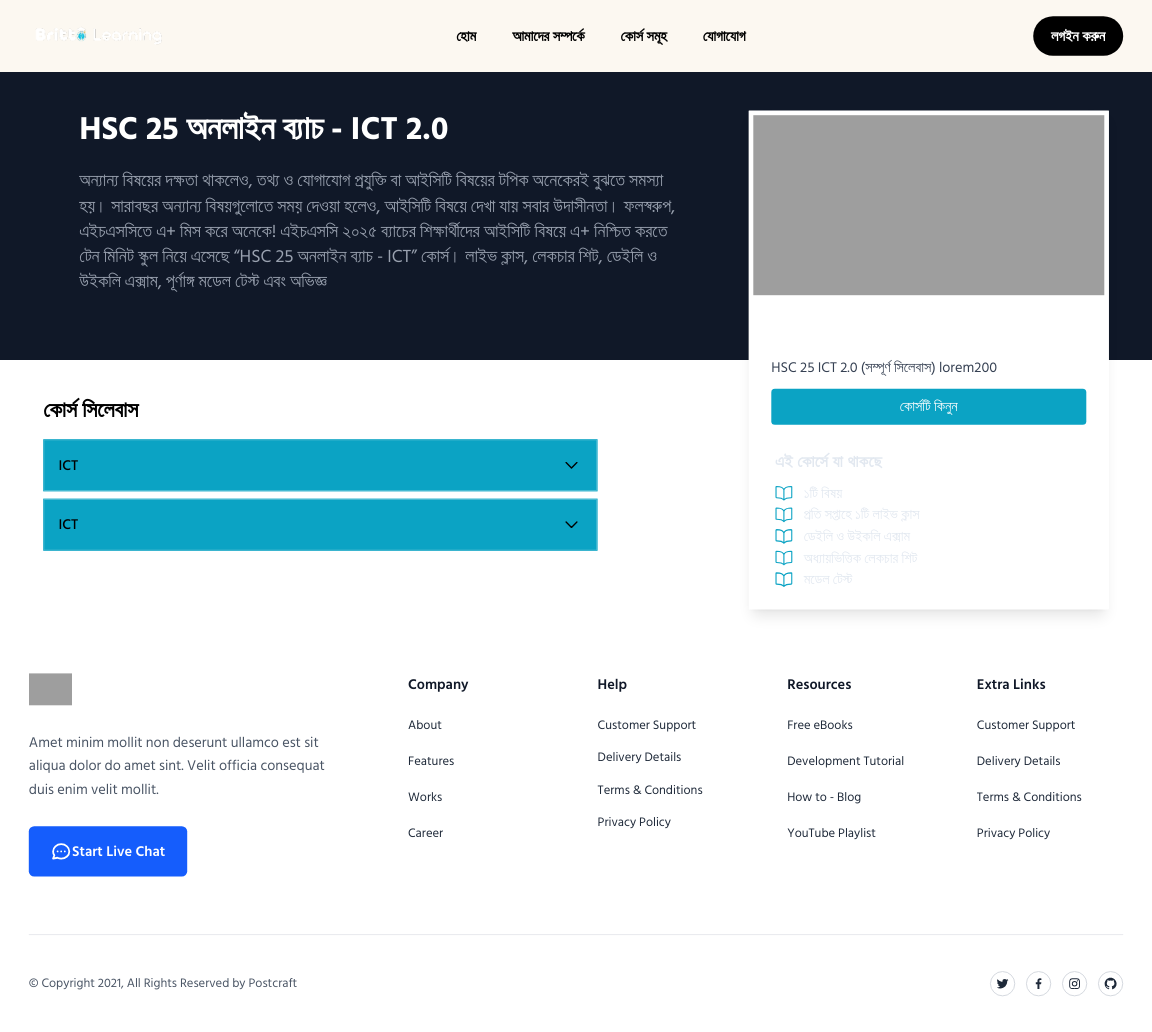
Repository: Ruddro420/course-selling
Page: /single-course
The author's editor kept a copy of each file at every save. The page is drawn from the files as they stood at one save, then again after a run of saves.
The browser window is 1280 px wide. The pictures show the whole page, at 90% of full size.
Pictures or frames that could not be fetched are drawn as grey boxes. The project was rebuilt for these pictures with package versions that can differ from the ones it lists, and the page was loaded fresh each time. Also part of the build but not shown: vite.config.js, src/components/AboutSection.jsx, src/components/ContactSection.jsx, src/components/CourseSection.jsx, src/components/Hero.jsx, src/components/TeamSection.jsx, src/components/WhyUsSection.jsx, src/pages/Home.jsx and 2 more.

Above is the page before, as saved 2025-02-06 03:56:43.

After the next 2 saves:
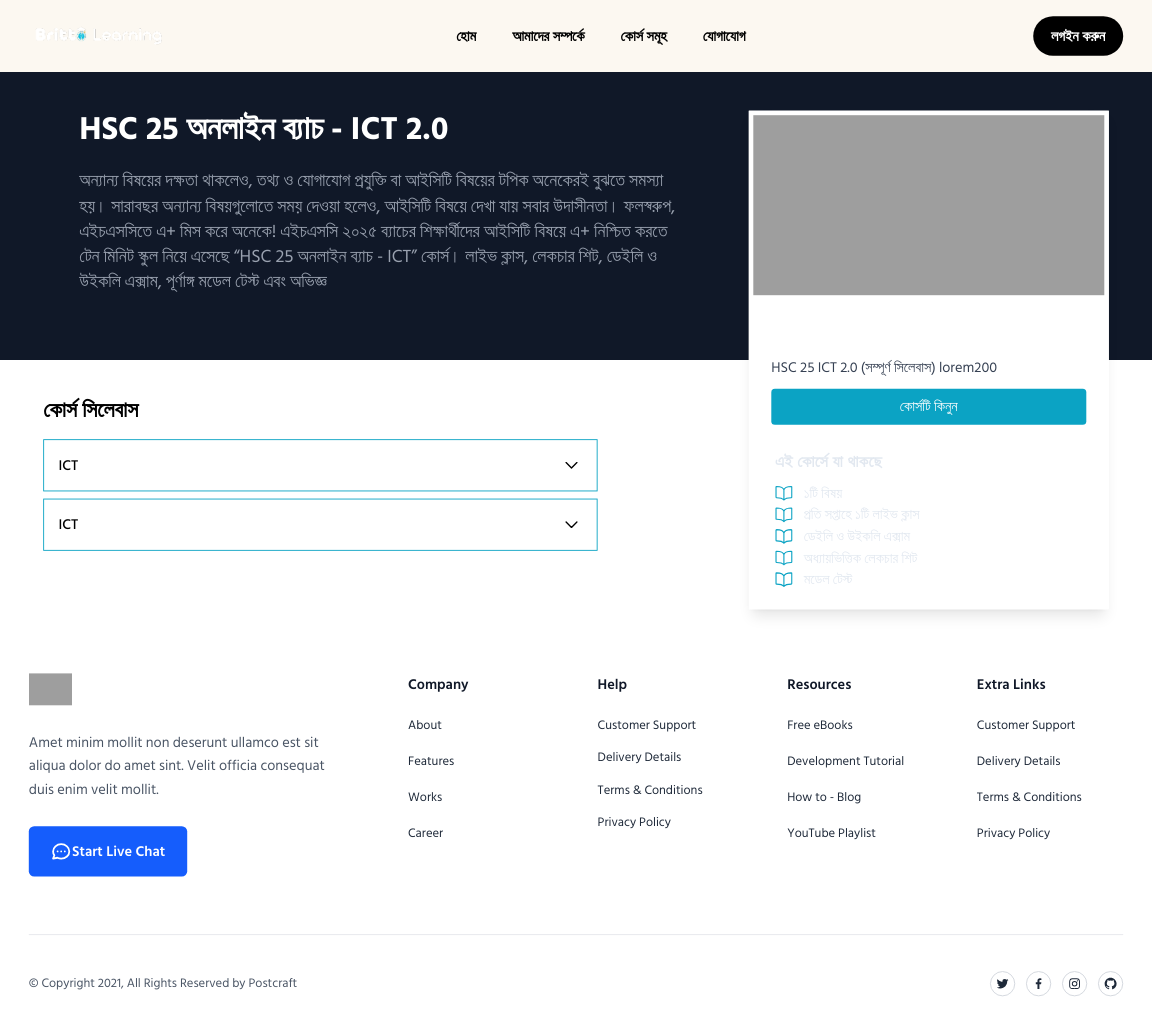
The 2 saves are shown as one change because 1 did not build or start.
The last was saved 10 min 2 s later.
--- a/src/components/courseComponent/Dropdown.jsx
+++ b/src/components/courseComponent/Dropdown.jsx
@@ -7,7 +7,7 @@ const Dropdown = ({ heading, description }) => {
       <>
      <div className="p-0 border sylebus mt-2 border-[#0BA3C4]">
           <details className="group">
-            <summary className="flex bg-[#0BA3C4] dark:text-white p-4 cursor-pointer list-none items-center justify-between font-medium border-amber-50">
+            <summary className="flex border-[#0BA3C4] dark:text-white p-4 cursor-pointer list-none items-center justify-between font-medium ">
               <span>{heading}</span>
               <span className="transition group-open:rotate-180">
                 <svg
